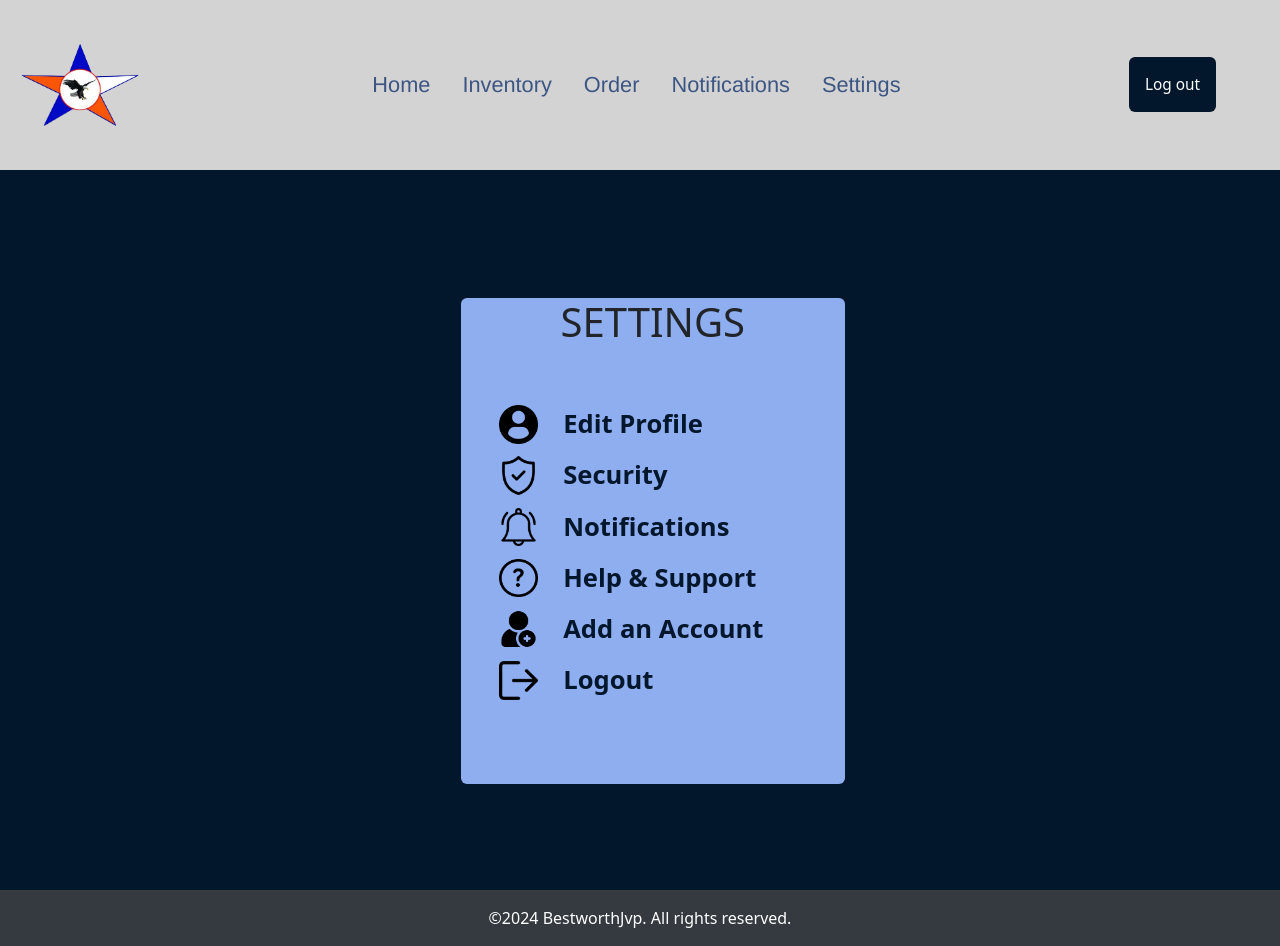
Repository: OVictor21/inventory
Page: /Setting
These files come from the project's save history. The page is drawn as it stood at one moment and after a run of saves; the edit follows.
The browser window is 1280 px wide. The pictures show the whole page.
The project was rebuilt for these pictures with package versions that can differ from the ones it lists, and the page was loaded fresh each time. Also part of the build but not shown: src/components/login.jsx, src/components/signup.jsx, src/components/reset1.jsx, src/components/reset2.jsx, src/pages/Admin.jsx.

Above is the page before, as saved 2024-12-16 19:57:36.

After the next 2 saves:
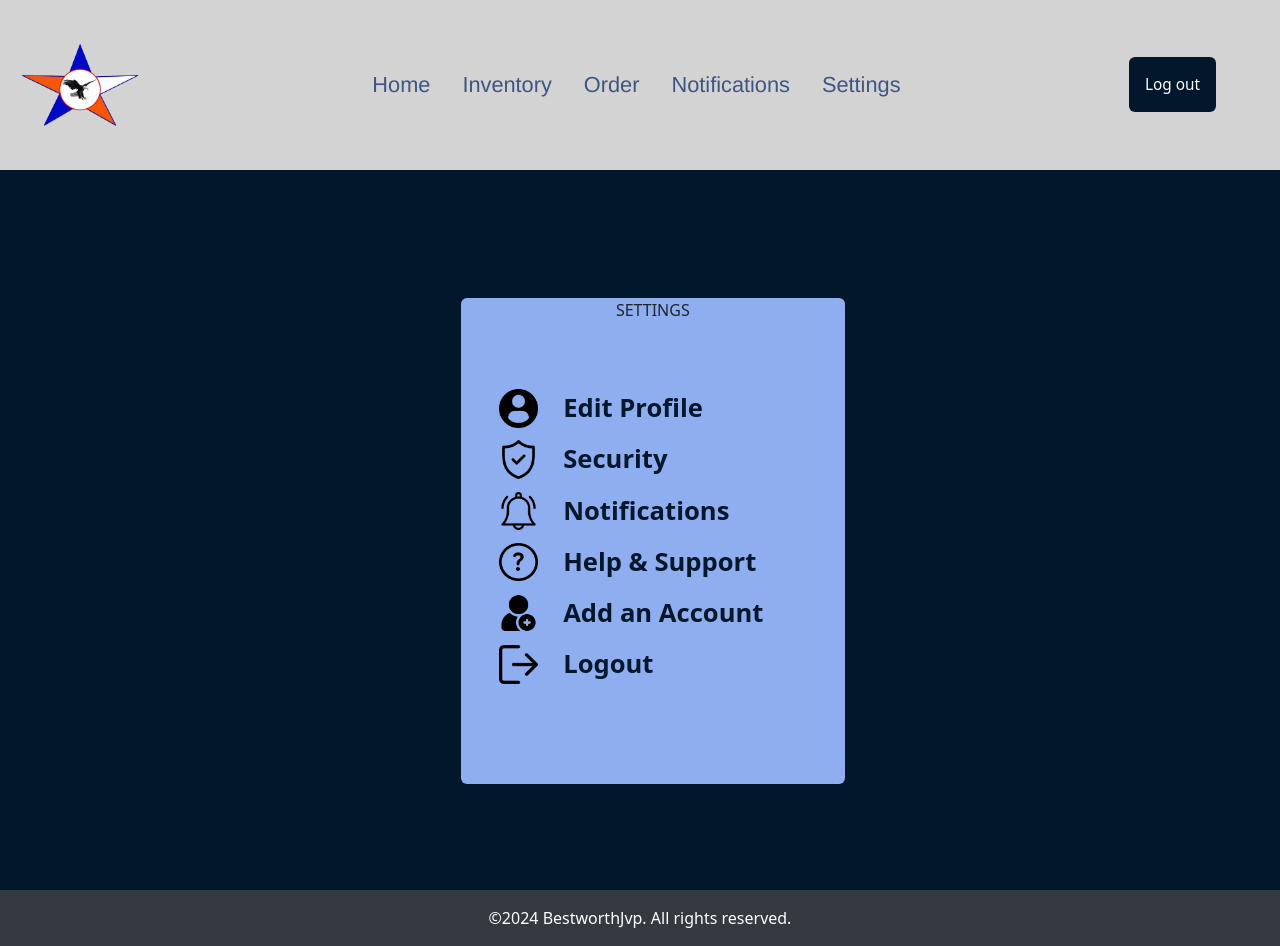
The 2 saves are shown as one change because 1 did not build or start.
The last was saved 15 s later.
--- a/src/pages/setting.jsx
+++ b/src/pages/setting.jsx
@@ -6,7 +6,7 @@ const Setting = () => {
     <Navbar/>
     <div className="setting-body min-vh-100 d-flex flex-column position-relative ">
         <div className="setting justify-content-center rounded-2 mb-4 position-absolute ">
-          <h1 className="text-center ">SETTINGS</h1>
+          <p className="text-center ">SETTINGS</p>
           <div className="user-logo position-relative ">
 
             <img className="d-block w-100 position-absolute profile-logo" src="/user.png" alt="Logo" />
